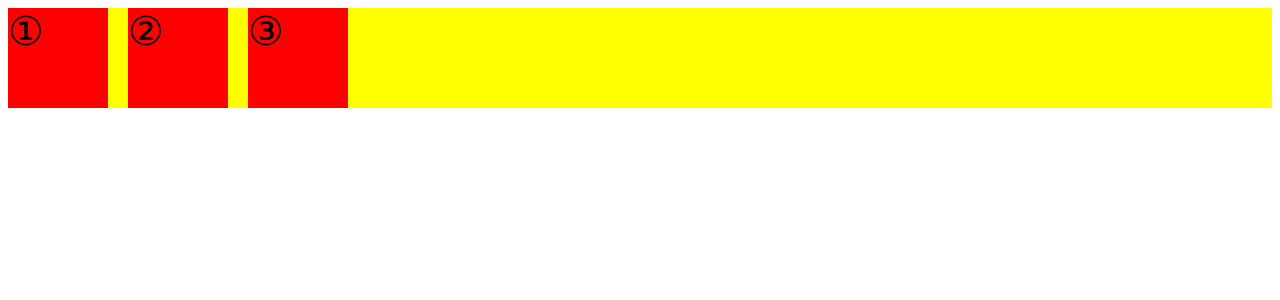
Repository: 9136424556/todo01
Page: coachtech/html-css/css1-17問.html
The author's editor kept a copy of each file at every save. The page is drawn from the files as they stood at one save, then again after the next save.
The browser window is 1280 px wide. The pictures show the whole page.

Above is the page before, as saved 2023-12-01 04:02:27.

### coachtech/html-css/css1-17問.html
<link rel="stylesheet" href="css/css1-17問.css">
<div class="flex">
    <div class="box">①</div>
    <div class="box">②</div>
    <div class="box">③</div>
</div>

### coachtech/html-css/css/css1-17問.css
.flex{
    display: flex;
    flex-direction: row;
    background-color: yellow;
}
.box{
    background-color: red;
    margin-right: 20px;
    width: 100px;
    height: 100px;
    font-size: 40px;
}

After the next save:
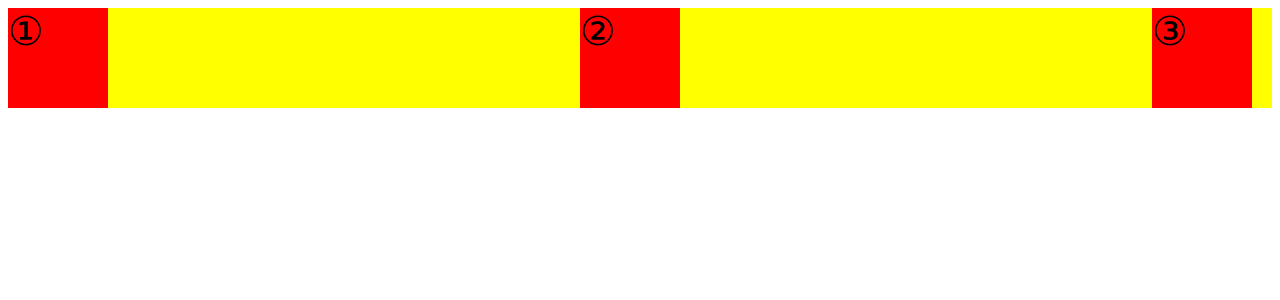
Saved 2 min 25 s later.
--- a/coachtech/html-css/css/css1-17問.css
+++ b/coachtech/html-css/css/css1-17問.css
@@ -2,6 +2,7 @@
     display: flex;
     flex-direction: row;
     background-color: yellow;
+    justify-content: space-between;
 }
 .box{
     background-color: red;
